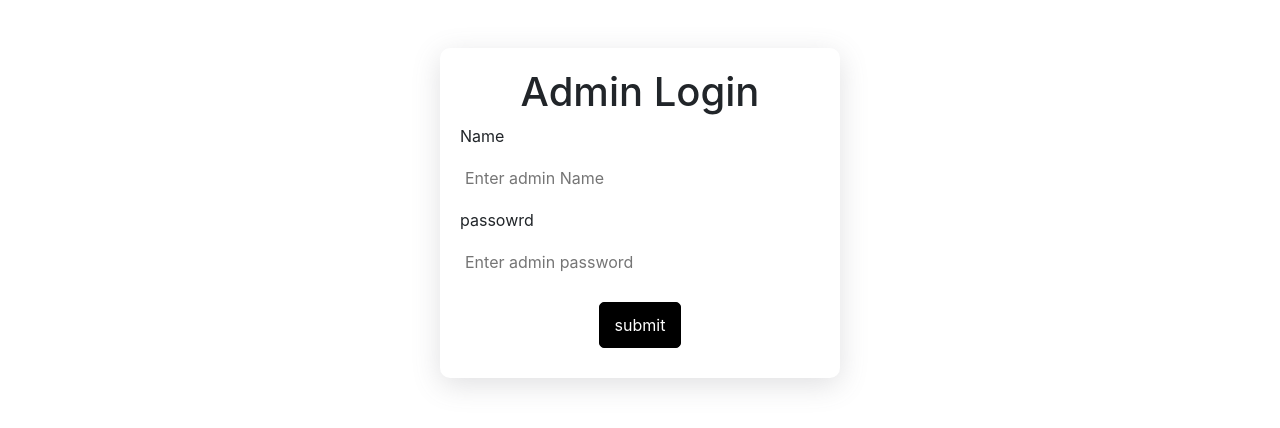
Repository: parthikjadav/parthik-react-practicle-exam
Page: /
These files come from the project's save history. The page is drawn as it stood at one moment and after the next save; the edit follows.
The browser window is 1280 px wide. The pictures show the whole page.
The project was rebuilt for these pictures with package versions that can differ from the ones it lists, and the page was loaded fresh each time. Requests to the local data server were answered from the project's data file. Also part of the build but not shown: src/App.css, src/componet/page/Reservationform.jsx, src/componet/page/Reservationlist.jsx, src/componet/header/navdata.js, src/componet/header/Navbar.jsx.

Above is the page before, as saved 2024-05-16 10:49:30.

### public/index.html
<!DOCTYPE html>
<html lang="en">
  <head>
    <meta charset="utf-8" />
    <link rel="icon" href="%PUBLIC_URL%/favicon.ico" />
    <meta name="viewport" content="width=device-width, initial-scale=1" />
    <meta name="theme-color" content="#000000" />
    <meta
      name="description"
      content="Web site created using create-react-app"
    />
    <link rel="apple-touch-icon" href="%PUBLIC_URL%/logo192.png" />
    <link href="https://cdn.jsdelivr.net/npm/bootstrap@5.0.2/dist/css/bootstrap.min.css" rel="stylesheet" integrity="sha384-EVSTQN3/azprG1Anm3QDgpJLIm9Nao0Yz1ztcQTwFspd3yD65VohhpuuCOmLASjC" crossorigin="anonymous">
    <!--
      manifest.json provides metadata used when your web app is installed on a
      user's mobile device or desktop. See https://developers.google.com/web/fundamentals/web-app-manifest/
    -->
    <link rel="manifest" href="%PUBLIC_URL%/manifest.json" />
    <script src="https://cdn.jsdelivr.net/npm/bootstrap@5.0.2/dist/js/bootstrap.bundle.min.js" integrity="sha384-MrcW6ZMFYlzcLA8Nl+NtUVF0sA7MsXsP1UyJoMp4YLEuNSfAP+JcXn/tWtIaxVXM" crossorigin="anonymous"></script>
    <!--
      Notice the use of %PUBLIC_URL% in the tags above.
      It will be replaced with the URL of the `public` folder during the build.
      Only files inside the `public` folder can be referenced from the HTML.

      Unlike "/favicon.ico" or "favicon.ico", "%PUBLIC_URL%/favicon.ico" will
      work correctly both with client-side routing and a non-root public URL.
      Learn how to configure a non-root public URL by running `npm run build`.
    -->
    <title>React App</title>
  </head>
  <body>
    <noscript>You need to enable JavaScript to run this app.</noscript>
    <div id="root"></div>
    <!--
      This HTML file is a template.
      If you open it directly in the browser, you will see an empty page.

      You can add webfonts, meta tags, or analytics to this file.
      The build step will place the bundled scripts into the <body> tag.

      To begin the development, run `npm start` or `yarn start`.
      To create a production bundle, use `npm run build` or `yarn build`.
    -->
  </body>
</html>

### src/index.js
import React from 'react';
import ReactDOM from 'react-dom/client';
import './index.css';
import App from './App';
import { BrowserRouter } from 'react-router-dom';
import { Provider } from 'react-redux';
import store from './componet/redux-saga/store';


const root = ReactDOM.createRoot(document.getElementById('root'));
root.render(
  <BrowserRouter>
    <React.StrictMode>
      <Provider store={store}>
      <App />
      </Provider>
    </React.StrictMode>
  </BrowserRouter>

);

### src/App.js
import { Route, Routes } from 'react-router-dom';
import './App.css';
import Adminlogin from './componet/page/Adminlogin';
import Reservationfrom from './componet/page/Reservationform';
import Reservationlist from './componet/page/Reservationlist';
import Navbar from './componet/header/Navbar';
import { useEffect } from 'react';
import { useDispatch } from 'react-redux';
import { GET_ROOM_PENDING } from './componet/redux-saga/room/action';
import { base_url, get_url } from './url';

const getRole = () => {
  const role = localStorage.getItem("role");
  return role;
};


function App() {

  const role = getRole();
  let dispatch = useDispatch();

  useEffect(() => {
    let url = base_url + get_url;
    dispatch({ type: GET_ROOM_PENDING, payload: url })
  })


  if (!role || role === "") {
    return (
      <Routes>
        <Route path="/" element={<Adminlogin />} />
      </Routes>
    );
  }

  if (role === "admin") {
    return (
      <>
        <Navbar />
        <Routes>
          <Route path="/reservation" element={<Reservationfrom />} />
          <Route path="/ReservationList" element={<Reservationlist />} />
        </Routes>
      </>
    );
  }



}

export default App;

### src/componet/redux-saga/store.js
import { applyMiddleware, createStore } from "redux";
import createSagaMiddleware from "redux-saga";
import { composeWithDevTools } from "@redux-devtools/extension";
import rootReducers from "./rootreducer";
import rootSaga from "./saga";



let sagaMiddleware = createSagaMiddleware();
const store = createStore(
    rootReducers,
    composeWithDevTools(applyMiddleware(sagaMiddleware))
);

sagaMiddleware.run(rootSaga)

export default store

### src/componet/page/Adminlogin.jsx
import React, { useRef } from 'react'
import "./AdminLogin.css"

const Adminlogin = () => {
    let name = useRef();
    let passowrd = useRef();

    const logindata = async () => {
        let data = {
            name: name.current.value,
            password: passowrd.current.value
        }
        console.log(data);
        if ("jignesh" == data.name && "3315" == data.password) {
            localStorage.setItem("role", "admin");
            window.location.href = "/reservation"
            console.log("login successfull");
            alert("login successfull")
        } else {
            alert("Error")
        }
    }
    return (
        <>
            <div class="mx-auto m-5 form" style={{ width: "400px" }}>
                <h1>Admin Login </h1>
                <label>Name  </label>
                <input type="text" placeholder='Enter admin Name' ref={name} />
                <label>passowrd </label>
                <input type="password" placeholder='Enter admin password' ref={passowrd} />
                <button onClick={logindata}>submit</button>
            </div>
        </>

    )
}

export default Adminlogin

### src/componet/redux-saga/room/action.js
//get action
export const GET_ROOM_PENDING = "GET_ROOM_PENDING";
export const GET_ROOM_SUCCESS = "GET_ROOM_SUCCESS";
export const GET_ROOM_ERROR = "GET_ROOM_ERROR";

//post action
export const POST_ROOM_PENDING = "POST_ROOM_PENDING";
export const POST_ROOM_SUCCESS = "POST_ROOM_SUCCESS";
export const POST_ROOM_ERROR = "POST_ROOM_ERROR";

//DELETE action
export const DELETE_ROOM_PENDING = "DELETE_ROOM_PENDING";
export const DELETE_ROOM_SUCCESS = "DELETE_ROOM_SUCCESS";
export const DELETE_ROOM_ERROR = "DELETE_ROOM_ERROR";

//UPDATA action
export const UPDATA_ROOM_PENDING = "UPDATA_ROOM_PENDING";
export const UPDATA_ROOM_SUCCESS = "UPDATA_ROOM_SUCCESS";
export const UPDATA_ROOM_ERROR = "UPDATA_ROOM_ERROR";

### src/url.js
export const base_url = "http://localhost:5000";

export const post_url = "/room";

export const get_url = "/room"

export const delete_url = "/room/"

export const updata_url = "/room/"

### src/componet/redux-saga/rootreducer.js
import { combineReducers } from "redux";
import roomReducer from "./room/reducer";


let rootReducers = combineReducers({
    roomReducer,
});

export default  rootReducers;

### src/componet/redux-saga/saga/index.js
import { all, call, put, takeLatest } from "redux-saga/effects";
import { DELETE_ROOM_ERROR, DELETE_ROOM_PENDING, DELETE_ROOM_SUCCESS, GET_ROOM_ERROR, GET_ROOM_PENDING, GET_ROOM_SUCCESS, POST_ROOM_ERROR, POST_ROOM_PENDING, POST_ROOM_SUCCESS, UPDATA_ROOM_ERROR, UPDATA_ROOM_PENDING, UPDATA_ROOM_SUCCESS } from "../room/action";
import { delete_room, get_room, post_room, updata_room } from "../room/api";

function* handle_post_room(action) {
    // console.log(action, "action from handle post room");
    try {
        let { data, status } = yield call(post_room, action);
        // console.log(data, status, "data and status from handle post room");
        if (status == 201 || status == 200) {
            yield put({ type: POST_ROOM_SUCCESS, data });
        } else {
            yield put({ type: POST_ROOM_ERROR, data });
        }
    }
    catch (error) {
        yield put({ type: POST_ROOM_ERROR, data: error })
    }
}

function* handle_get_room(action) {
    // console.log(action, "action from handle get room");
    try {
        let { data, status } = yield call(get_room, action);
        // console.log(data, status, "data and status from handle get room");
        if (status == 200) {
            yield put({ type: GET_ROOM_SUCCESS, data });
        }
        else {
            yield put({ type: GET_ROOM_ERROR, data });
        }
    }
    catch (error) {
        yield put({ type: GET_ROOM_ERROR, data: error });
    }
}

function* handle_delete_room(action) {
    // console.log(action, "action from handle delete room");
    try {
        let { data, status } = yield call(delete_room, action);
        // console.log(data, status, "data and status from handle delete room");
        if (status == 200) {
            yield put({ type: DELETE_ROOM_SUCCESS, data });
        } else {
            yield put({ type: DELETE_ROOM_ERROR, data });
        }
    }
    catch (error) {
        yield put({ type: DELETE_ROOM_ERROR, daat: error })
    }
}

function* handle_updata_room(action) {
    console.log(action, "action from handle updata room");
    try {
        let { data, status } = yield call(updata_room, action);
        console.log(data, status, "data and status from handle updata room");
        if (status == 200) {
            yield put({ type: UPDATA_ROOM_SUCCESS, data });
        }
        else {
            yield put({ type: UPDATA_ROOM_ERROR, data });
        }
    }
    catch (error) {
        yield put({ type: UPDATA_ROOM_ERROR, data: error })
    }
}

function* handle_post_room_saga() {
    yield takeLatest(POST_ROOM_PENDING, handle_post_room)
}

function* handle_get_room_saga() {
    yield takeLatest(GET_ROOM_PENDING, handle_get_room)
}

function* handle_delete_room_saga() {
    yield takeLatest(DELETE_ROOM_PENDING, handle_delete_room)
}

function* handle_updata_room_saga() {
    yield takeLatest(UPDATA_ROOM_PENDING, handle_updata_room)
}

function* rootSaga() {
    yield all([handle_post_room_saga(), handle_get_room_saga(), handle_delete_room_saga() , handle_updata_room_saga()])
}

export default rootSaga

### src/componet/page/AdminLogin.css
.form{
  width: 200px;
  padding: 20px;
  /* margin: 0px auto; */
  display: flex;
  flex-direction: column;
  justify-content: center;
  align-items: center;
  border-radius: 10px;
  box-shadow: rgba(100, 100, 111, 0.2) 0px 7px 29px 0px;
}
.form input{
  width: 100%;
  height: 40px;
  margin: 10px 0px;
  background-color: white;
  border: 0px solid black;
  border-radius: 5px;
  padding: 5px;
}
.form label{
  margin-right: auto;
}
.form button{
  margin: 10px 0px;
  border: 1px solid black;
  border-radius: 5px;
  background-color: black;
  color: white;
  cursor: pointer;
  padding: 10px 15px;
}
.form button:hover{
  background-color: white;
  color: black;
}
.form button:active{
  background-color: white;
  color: black;
  border: 1px solid black;
}
.form a{
  margin-top: 10px;
  color: black;
  font-size: 12px;
  text-decoration: none;
  padding: 5px;
}

### src/componet/redux-saga/room/reducer.js
import { DELETE_ROOM_ERROR, DELETE_ROOM_PENDING, DELETE_ROOM_SUCCESS, GET_ROOM_ERROR, GET_ROOM_PENDING, GET_ROOM_SUCCESS, POST_ROOM_PENDING, POST_ROOM_SUCCESS, UPDATA_ROOM_ERROR, UPDATA_ROOM_PENDING, UPDATA_ROOM_SUCCESS } from "./action";


let initialState = {
    room: [],
    isLoading: false,
    isError: null,
};

let roomReducer = (state = initialState, action) => {
    console.log(action, "action from reducer");
    switch (action.type) {
        //post user
        case POST_ROOM_PENDING: {
            return {
                isLoading: true,
                ...state,
            }
        }
        case POST_ROOM_SUCCESS: {
            return {
                isLoading: false,
                room: state.room.concat(action.data),
            }
        }
        case POST_ROOM_SUCCESS: {
            return {
                isError: action.data,
                ...state,
            }
        }
        //get user
        case GET_ROOM_PENDING: {
            return {
                isLoading: true,
                ...state,
            }
        }
        case GET_ROOM_SUCCESS: {
            return {
                isLoading: false,
                room: action.data,
            }
        }
        case GET_ROOM_ERROR: {
            return {
                ...state,
                isError: action.data,
            }
        }
        //delete user
        case DELETE_ROOM_PENDING: {
            return {
                isLoading: true,
                ...state,
            }
        }
        case DELETE_ROOM_SUCCESS: {
            return {
                isLoading: false,
                room: state.room.filter((item) => item.id != action.data.id)
            }
        }
        case DELETE_ROOM_ERROR: {
            return {
                isLoading: false,
                isError: action.data,
            }
        }
        //update user
        case UPDATA_ROOM_PENDING: {
            return {
                isLoading: true,
                ...state,
            }
        }
        case UPDATA_ROOM_SUCCESS: {
            return {
                isLoading: false,
                room: state.room.map((value, index) => {
                    if (value.id == action.data.id) {
                        return {
                            ...value,
                            ...action.data,
                        }
                    } else {
                        return value;
                    }
                })
            }
        }
        case UPDATA_ROOM_ERROR: {
            return {
                isError: action.data,
                ...state,
            }
        }
        default: {
            return {
                ...state,
            }
        }
    }
}

export default roomReducer

### src/componet/redux-saga/room/api.js
import axios from "axios";
import { base_url, delete_url, get_url, post_url, updata_url } from "../../../url";


let post_room = (action) => {
    // console.log(action ,"this action from post room");
    return axios.post(base_url + post_url, action.payload).then((res) => {
        // console.log(res,"res is post room");
        let data = res.data;
        let status = res.status;
        return { data, status }
    })
}

let get_room = (action) => {
    // console.log(action, "this action from get rom");
    return axios.get(base_url + get_url).then((res) => {
        // console.log(res, "res is get rom");
        let data = res.data;
        let status = res.status;
        return { data, status }
    })
}

let delete_room = (action) => {
    // console.log(action, "this action from delete room");
    return axios.delete(base_url + delete_url + action.payload).then((res) => {
        // console.log(res, "res is delete room");
        let data = res.data;
        let status = res.status;
        return { data, status };
    })
}

let updata_room = (action) => {
    console.log(action, "this action from updata room");
    return axios.put(base_url + updata_url + action.payload.id, action.payload).then((res) => {
        console.log(res, "res is updata room");
        let data = res.data;
        let status = res.status;
        return { data, status }
    })
}

export { post_room, get_room, delete_room, updata_room }

### db.json
{
  "room": [
    {
      "id": "8675",
      "name": "jignesh",
      "mobile": "1235467892",
      "address": "kamrej surat",
      "arrival": "2024-05-10",
      "checkout": "2024-05-14",
      "roomlist": "platinum",
      "roomtype": "double bedroom",
      "lunchtime": "breakfast and lunch"
    },
    {
      "id": "50ac",
      "name": "test",
      "mobile": "9876543214",
      "address": "surat",
      "arrival": "2024-05-02",
      "checkout": "2024-05-12",
      "roomlist": "prime",
      "roomtype": "double bedroom",
      "lunchtime": "breakfast and lunch"
    },
    {
      "id": "c1a8",
      "name": "abcd",
      "mobile": "7539684216",
      "address": "surat",
      "arrival": "2024-05-05",
      "checkout": "2024-05-07",
      "roomlist": "platinum",
      "roomtype": "single bedroom",
      "lunchtime": "breakfast"
    }
  ]
}

Loaded but not shown: src/index.css (common file)

After the next save:
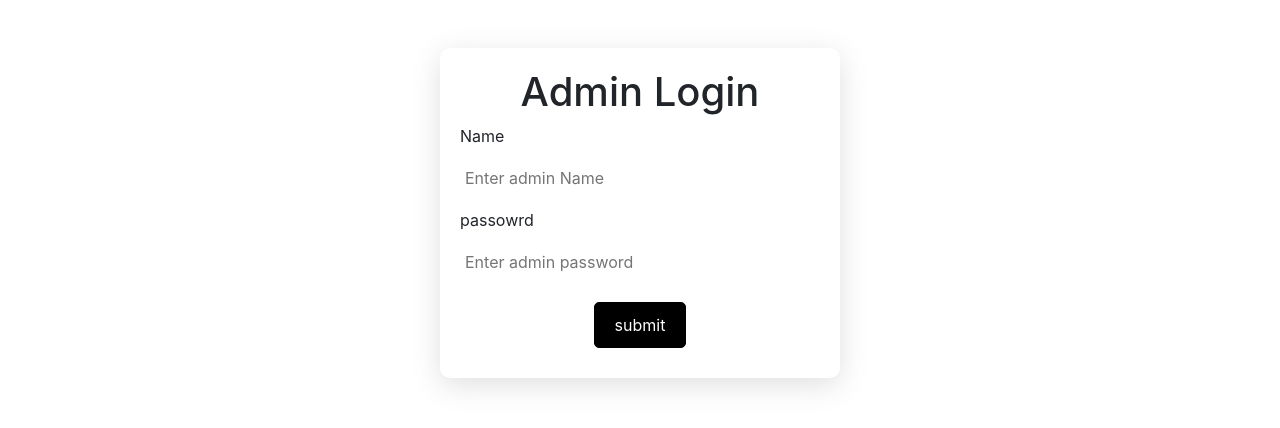
Saved 4 s later.
--- a/src/componet/page/AdminLogin.css
+++ b/src/componet/page/AdminLogin.css
@@ -28,7 +28,7 @@
   background-color: black;
   color: white;
   cursor: pointer;
-  padding: 10px 15px;
+  padding: 10px 20px;
 }
 .form button:hover{
   background-color: white;
